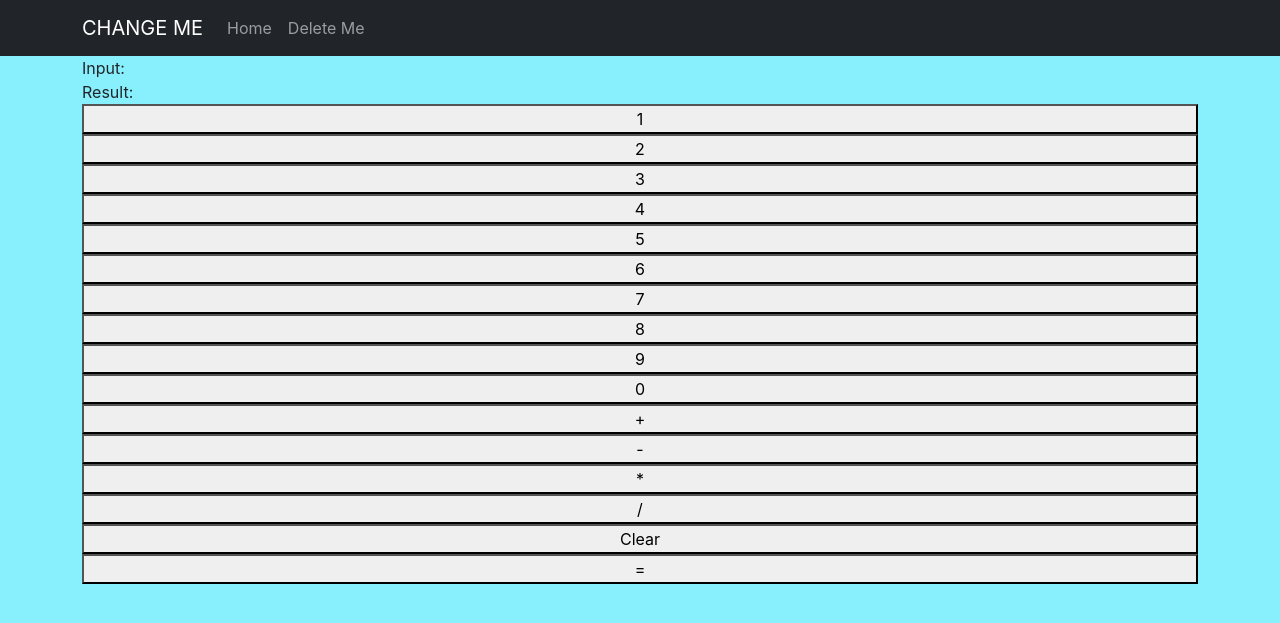
Repository: jgramirez0210/calculator-react
Page: /
An editor plug-in stored every save of this project. The page is shown before and after a run of saves, followed by the edit.
The browser window is 1280 px wide. The pictures show the whole page.
The project was rebuilt for these pictures with package versions that can differ from the ones it lists, and the page was loaded fresh each time. The framework's server and built-in components were replaced by stand-ins that run in the browser. Also part of the build but not shown: next.config.js.

Above is the page before, as saved 2024-01-09 19:59:45.

After the next 7 saves:
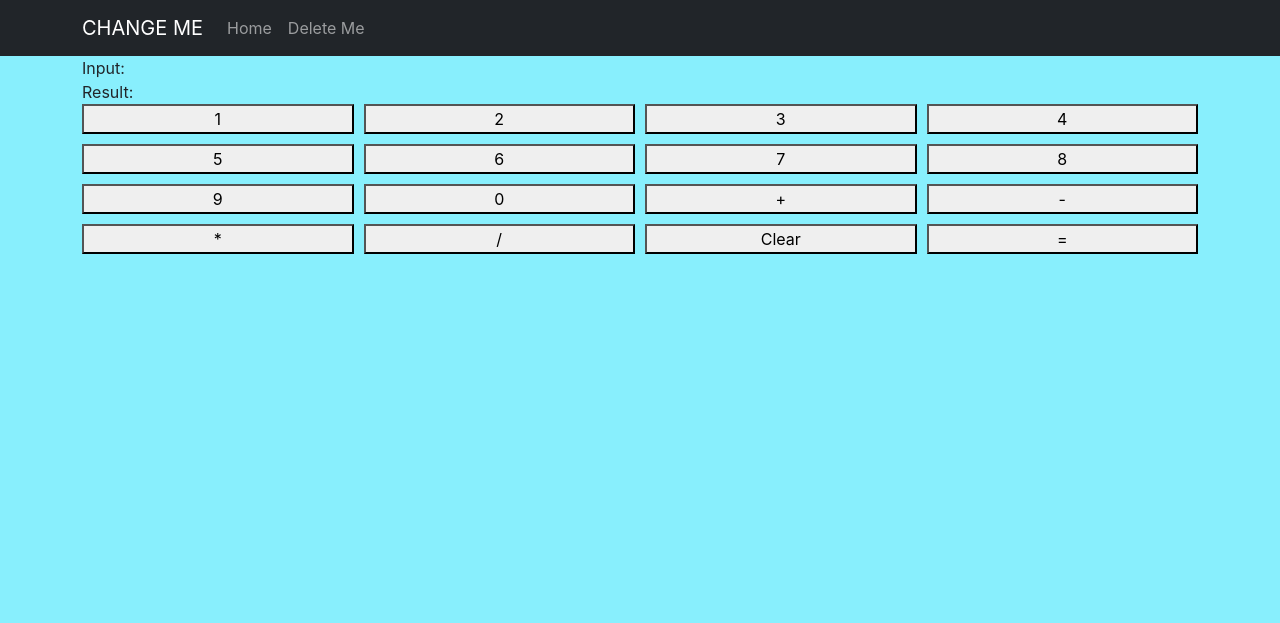
The 7 saves are shown as one change because they came seconds apart.
The last was saved 23 s later.
--- a/styles/globals.css
+++ b/styles/globals.css
@@ -22,5 +22,6 @@ body {
 }
 .calculator-grid {
   display: grid;
-  grid-template-columns: ;
+  grid-template-columns: repeat(4, 1fr);
+  gap: 10px;
 }
